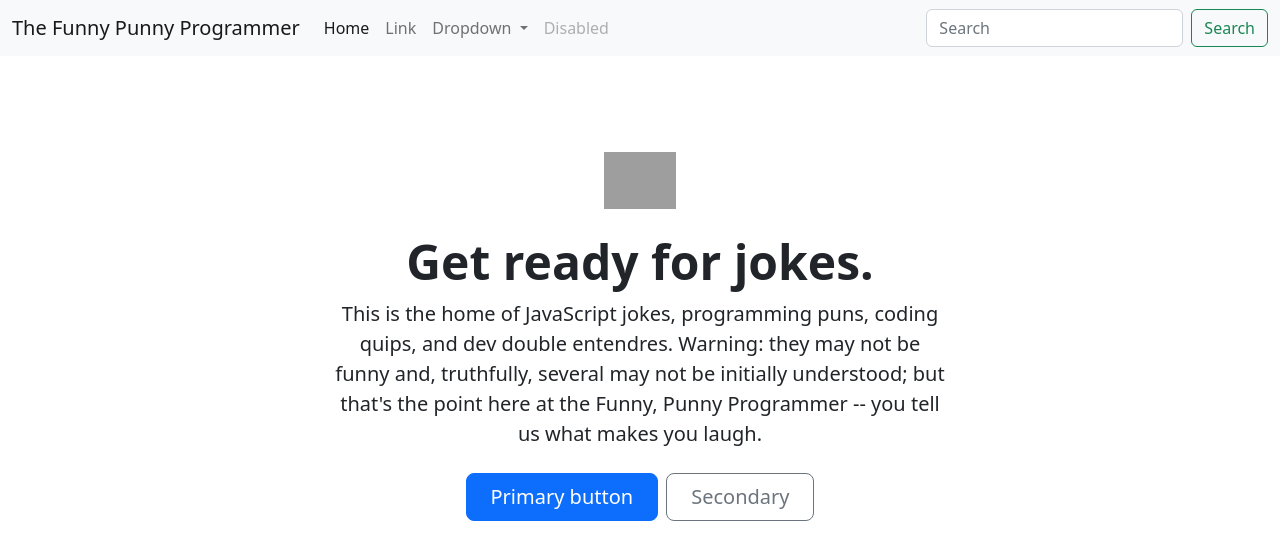
Repository: annferracane/phase-1-personal-project
Page: index.html
An editor plug-in stored every save of this project. The page is shown before and after the next save, followed by the edit.
The browser window is 1280 px wide. The pictures show the whole page.
Pictures or frames that could not be fetched are drawn as grey boxes. The page's requests for data from a server got no answer.

Above is the page before, as saved 2022-12-07 13:12:23.

### index.html

<!DOCTYPE html>
<html lang="en">
    <head>
        <meta charset="utf-8">
        <meta name="viewport" content="width=device-width, initial-scale=1">
        <link href="https://cdn.jsdelivr.net/npm/bootstrap@5.2.2/dist/css/bootstrap.min.css" rel="stylesheet" integrity="sha384-Zenh87qX5JnK2Jl0vWa8Ck2rdkQ2Bzep5IDxbcnCeuOxjzrPF/et3URy9Bv1WTRi" crossorigin="anonymous">
        <link rel="stylesheet" href="./style.css" />
        <script defer src="./src/index.js"></script>
        <title>The Funny Punny Programmer</title>
    </head>
    <body>
        <nav class="navbar navbar-expand-lg bg-light">
            <div class="container-fluid">
              <a class="navbar-brand mb-0 h1" href="#">The Funny Punny Programmer</a>
              <button class="navbar-toggler" type="button" data-bs-toggle="collapse" data-bs-target="#navbarSupportedContent" aria-controls="navbarSupportedContent" aria-expanded="false" aria-label="Toggle navigation">
                <span class="navbar-toggler-icon"></span>
              </button>
              <div class="collapse navbar-collapse" id="navbarSupportedContent">
                <ul class="navbar-nav me-auto mb-2 mb-lg-0">
                  <li class="nav-item">
                    <a class="nav-link active" aria-current="page" href="#">Home</a>
                  </li>
                  <li class="nav-item">
                    <a class="nav-link" href="#">Link</a>
                  </li>
                  <li class="nav-item dropdown">
                    <a class="nav-link dropdown-toggle" href="#" role="button" data-bs-toggle="dropdown" aria-expanded="false">
                      Dropdown
                    </a>
                    <ul class="dropdown-menu">
                      <li><a class="dropdown-item" href="#">Action</a></li>
                      <li><a class="dropdown-item" href="#">Another action</a></li>
                      <li><hr class="dropdown-divider"></li>
                      <li><a class="dropdown-item" href="#">Something else here</a></li>
                    </ul>
                  </li>
                  <li class="nav-item">
                    <a class="nav-link disabled">Disabled</a>
                  </li>
                </ul>
                <form class="d-flex" role="search">
                  <input class="form-control me-2" type="search" placeholder="Search" aria-label="Search">
                  <button class="btn btn-outline-success" type="submit">Search</button>
                </form>
              </div>
            </div>
        </nav>
        <div class="px-4 py-5 my-5 text-center">
            <img class="d-block mx-auto mb-4" src="/docs/5.2/assets/brand/bootstrap-logo.svg" alt="" width="72" height="57">
            <h1 id="hero-header" class="display-5 fw-bold"></h1>
            <div class="col-lg-6 mx-auto">
                <p id="hero-content" class="lead mb-4"></p>
                <div class="d-grid gap-2 d-sm-flex justify-content-sm-center">
                    <button type="button" class="btn btn-primary btn-lg px-4 gap-3">Primary button</button>
                    <button type="button" class="btn btn-outline-secondary btn-lg px-4">Secondary</button>
                </div>
            </div>
        </div>
    </body>
</html>

### src/index.js
// DOM Content Updates
document.querySelector('#hero-header').textContent = 'Get ready for jokes.';
document.querySelector('#hero-content').textContent =
`This is the home of JavaScript jokes, programming puns, coding
quips, and dev double entendres. Warning: they may not be funny and,
truthfully, several may not be initially understood; but that's the
point here at the Funny, Punny Programmer -- you tell us what makes you laugh.`;


// Fetch jokes from local db.json and call display function
fetch('http://localhost:3000/jokes')
.then(resp => resp.json())
.then(jokeData => displayJokes(jokeData))
.catch(error => console.log(`Error with local db: ${error}`));

// Display jokes on web app
function displayJokes(jokeData) {
    jokeData.forEach(joke => console.log(joke));

}

//refreshJokesHandler();

function refreshJokesHandler() {
    // Delete jokes in db.json -- BUILD

    // Call fetch to Joke API to refresh
    fetch('https://v2.jokeapi.dev/joke/Programming?blacklistFlags=nsfw,religious,political,racist,sexist,explicit&amount=20')
    .then(resp => resp.json())
    .then(jokeAPIData => refreshJokeDatabase(jokeAPIData.jokes))
    .catch(error => console.log(`Error with joke API: ${error}`));
}

function refreshJokeDatabase(jokeAPIData) {
    // Loop through jokes from Joke API and standaridize format for later display
    jokeAPIData.forEach(jokeAPI => {
        // Standardize joke json format (jokes from API are single or two-part jokes)
        let joke;
        if(jokeAPI.type == 'single') {
            joke = jokeAPI.joke;
        } else if (jokeAPI.type == 'twopart') {
            joke = `Setup: ${jokeAPI.setup}<br>Delivery: ${jokeAPI.delivery}`;
        } else {
            console.log('Unable to display joke content.');
        };

        // Build joke object for post to local db.json
        const jokeConfigObj = {
            category: jokeAPI.category,
            type: jokeAPI.type,
            idJokeAPI: jokeAPI.id,
            language: jokeAPI.lang,
            joke: joke
        }

        // Post jokes to db.json
        fetch('http://localhost:3000/jokes', {
            headers: {
                'Content-Type': 'application/json',
                'Accept': 'application/json'
            },
            method: 'POST',
            body: JSON.stringify(jokeConfigObj)
        })
    });
}

Loaded but not shown: style.css (no stored copy; drawn as an empty file)

After the next save:
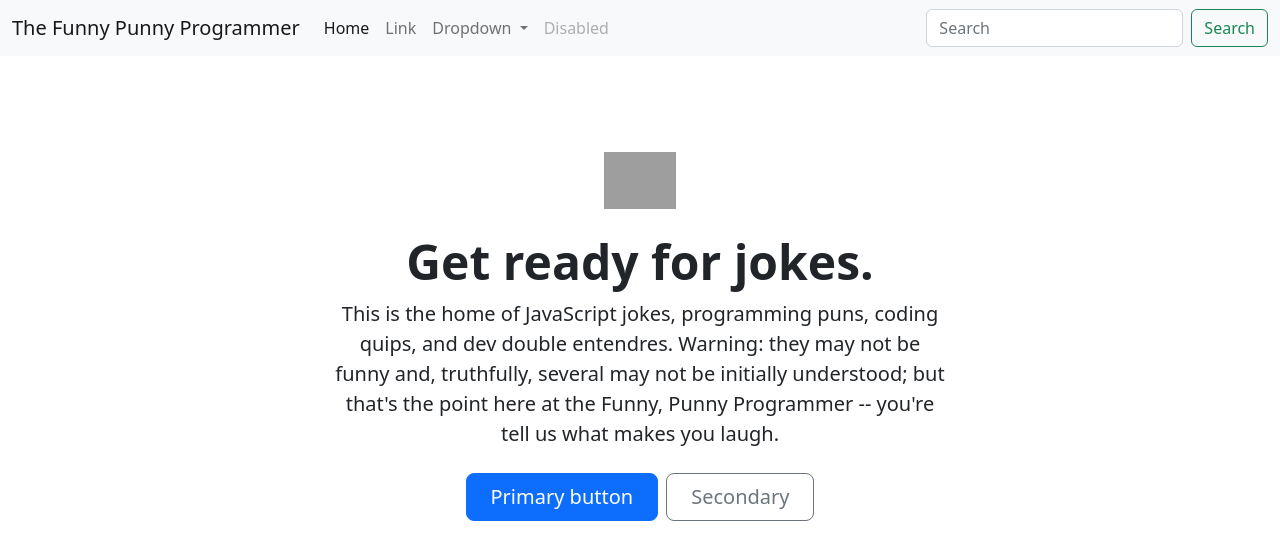
Saved 33 s later.
--- a/src/index.js
+++ b/src/index.js
@@ -4,7 +4,7 @@ document.querySelector('#hero-content').textContent =
 `This is the home of JavaScript jokes, programming puns, coding
 quips, and dev double entendres. Warning: they may not be funny and,
 truthfully, several may not be initially understood; but that's the
-point here at the Funny, Punny Programmer -- you tell us what makes you laugh.`;
+point here at the Funny, Punny Programmer -- you're  tell us what makes you laugh.`;
 
 
 // Fetch jokes from local db.json and call display function
